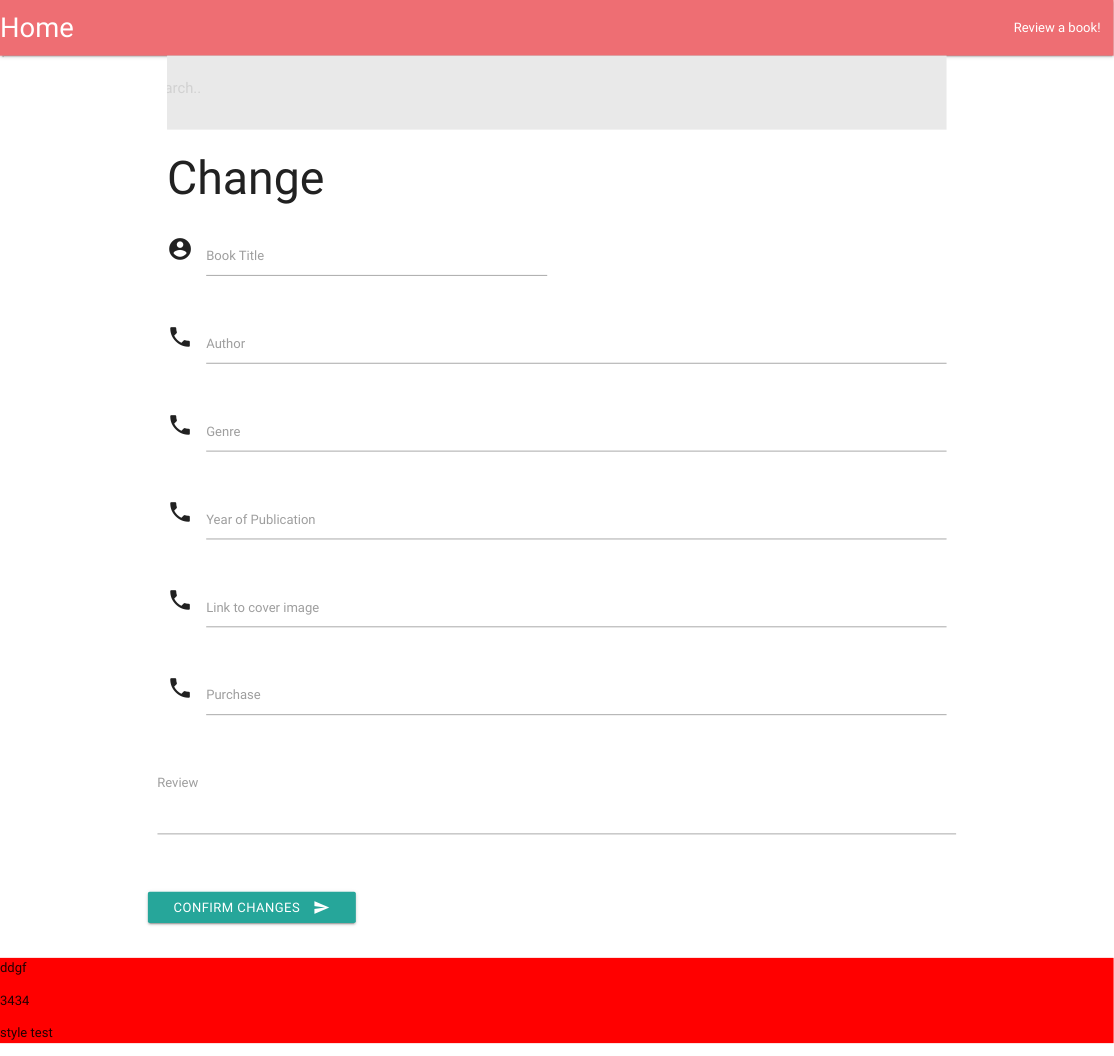
Repository: h8130084/bookReview
Page: templates/editbook.html
The author's editor kept a record of every edit. The page is drawn from the files as they stood at one moment, then again after the next edit.
The browser window is 1280 px wide. The pictures show the whole page, at 87% of full size.
Some web libraries are served in a nearby version. The page is served by the project's application, run on Flask 3 (app.py). The template is opened directly, without the code that normally fills it, so the values that code supplies are empty.

Above is the page before.
Console error: ReferenceError: M is not defined

After the next edit:
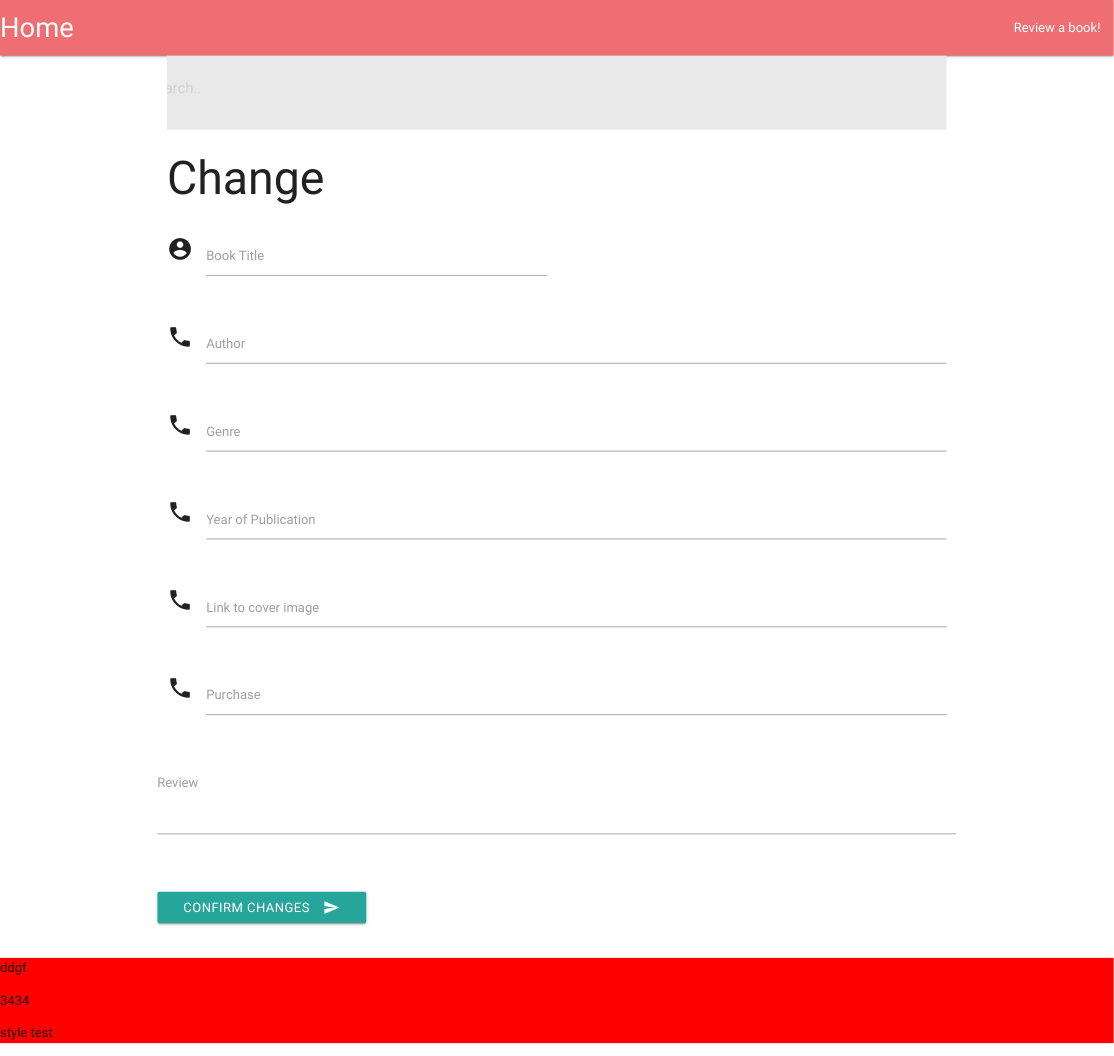
The edit:
--- a/templates/editbook.html
+++ b/templates/editbook.html
@@ -60,7 +60,6 @@
                         <label for="textarea1">Review</label>
                     </div>
                 </div>
-            </form>
         </div>
 
         <div class="row">
